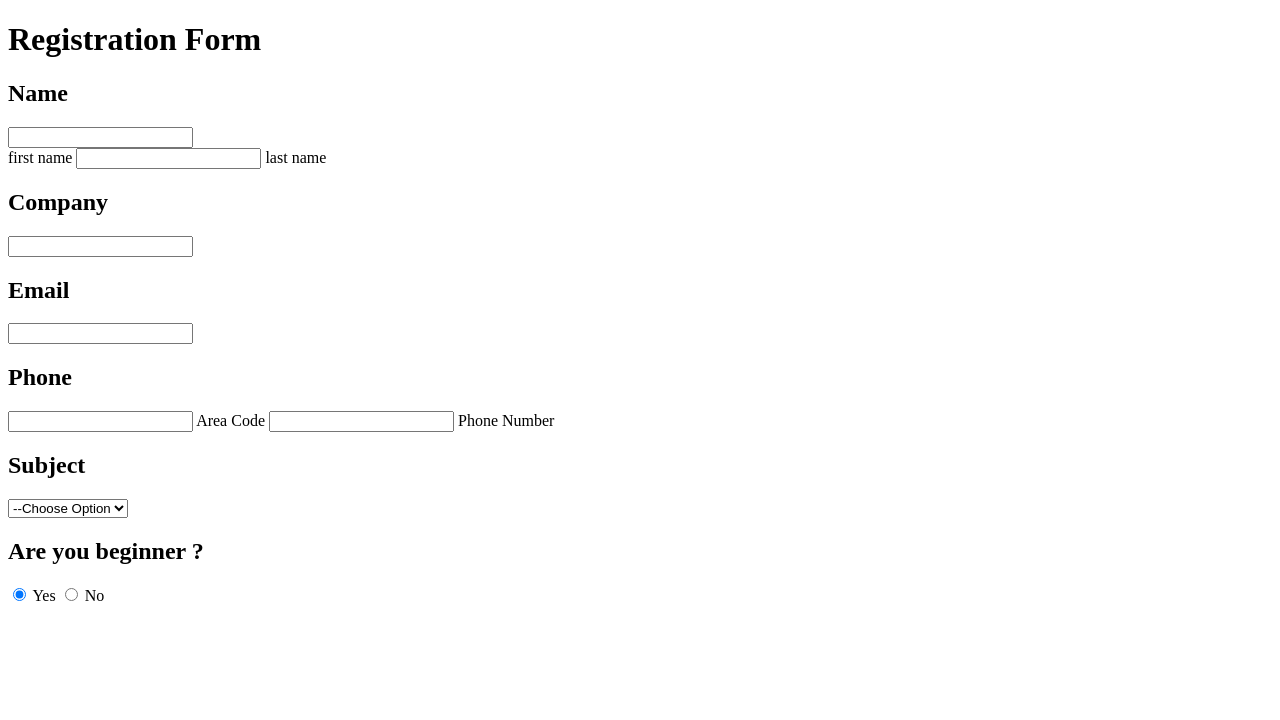
Repository: sudeepa88/Registration-Form
Page: registration.html
An editor plug-in stored every save of this project. The page is shown before and after the next save, followed by the edit.
The browser window is 1280 px wide. The pictures show the whole page.

Above is the page before, as saved 2022-01-11 22:24:14.

### registration.html
<!DOCTYPE html>
<html lang="en">
<head>
    <meta charset="UTF-8">
    <meta http-equiv="X-UA-Compatible" content="IE=edge">
    <meta name="viewport" content="width=device-width, initial-scale=1.0">
    <title>Document</title>
</head>
<body>
    <div class="regform"><h1>Registration Form </h1></div>

    <div class="mane">
        <form>
             <div id="name">
                 <h2 class="name">Name</h2>
                 <input class ="firstname" type="rext" name="first_name"><br>
                 <label class="firstlabel">first name</label>
                 <input class="lastname" type="text" name="last_name">
                 <label class="lastlabel">last name</label>


             </div>
             <h2 class="name">Company</h2>
             <input class="company" type="text" name="company">

             <h2 class="name">Email</h2>
             <input class="email" type="text" name="email">

             <h2 class="name">Phone</h2>
             <input class="code" type="text" name="area_code">
             <label class="area-code">Area Code </label>
             <input class="number" type="text" name="phone">
             <label class="phone-number">Phone Number</label>

             <h2 class="name">Subject</h2>
             <select class="option" name="subject">
                 <option disabled="disabled" selected="selected">--Choose Option</option>

                 <option>Subject 1</option>
                 <option>Subject 2</option>
                 <option>Subject 3</option>
                 <option>Subject 4</option>
             </select>
             <h2 id="student">Are you beginner ? </h2>
             <label class="radio">
                 <input class="radio-one" type="radio" checked="checked" name="">
                 <span class="checkmark"></span>
                 Yes
             </label>


             <label class="radio">
                <input class="radio-two" type="radio"  name="">
                <span class="checkmark"></span>
                No
            </label>
        </form>
    </div>
</body>
</html>

After the next save:
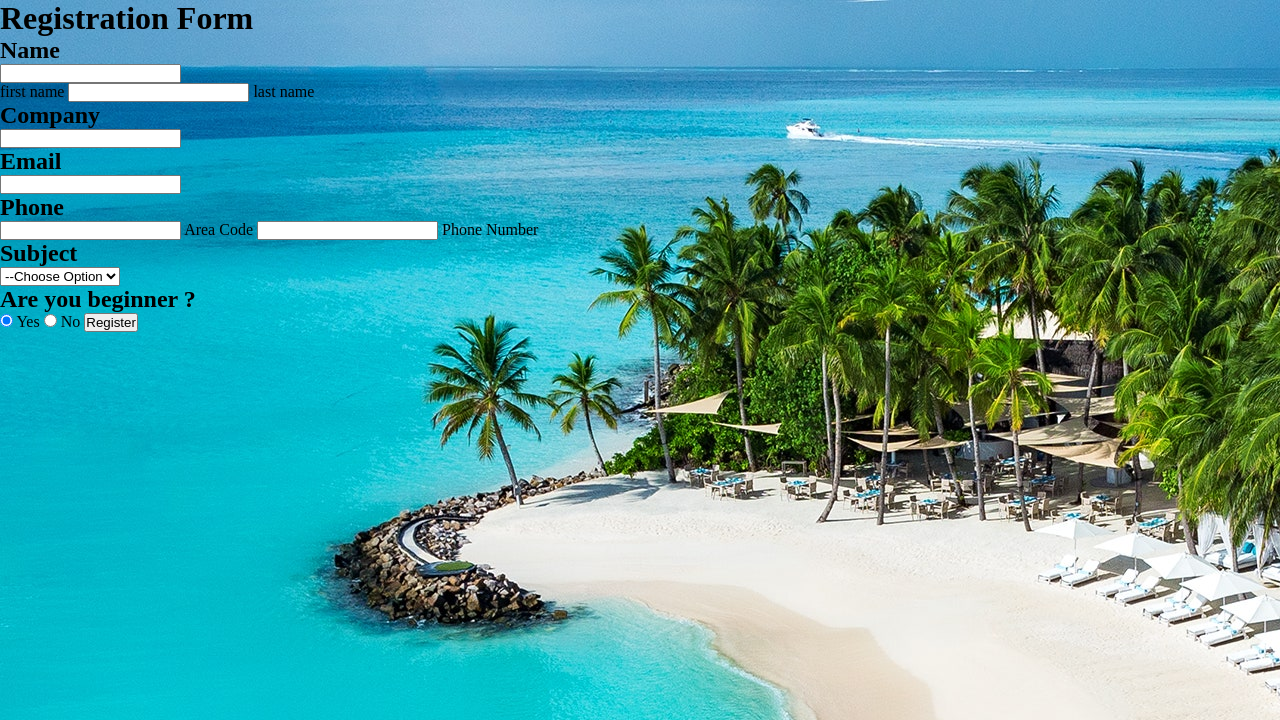
Saved 18 min 31 s later.
--- a/registration.html
+++ b/registration.html
@@ -5,6 +5,15 @@
     <meta http-equiv="X-UA-Compatible" content="IE=edge">
     <meta name="viewport" content="width=device-width, initial-scale=1.0">
     <title>Document</title>
+    <style type="text/css">
+        *{
+            margin:0;
+            padding:0;
+        }
+       body{
+           background-image: url(img/beach.jpeg);
+       }
+    </style>
 </head>
 <body>
     <div class="regform"><h1>Registration Form </h1></div>
@@ -54,6 +63,8 @@
                 <span class="checkmark"></span>
                 No
             </label>
+
+            <button type="submit">Register</button>
         </form>
     </div>
 </body>
